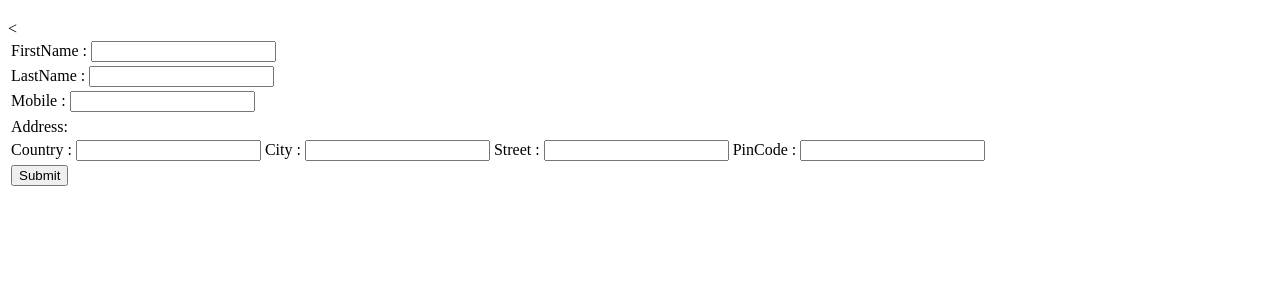
Repository: akashbadave7/SpringMVC
Page: http://localhost/SpringDemo/WEB-INF/jsp/form.jsp
The author's editor kept a copy of each file at every save. The page is drawn from the files as they stood at one save, then again after the next save.
The browser window is 1280 px wide. The pictures show the whole page.
The page is served by Tomcat 9. Nobody is signed in. Other server files are loaded and not shown. The template is opened directly, without the code that normally fills it, so the values that code supplies are empty.

Above is the page before, as saved 2017-11-04 09:31:05.

### SpringDemo/src/main/webapp/WEB-INF/jsp/form.jsp
<%@ page language="java" contentType="text/html; charset=UTF-8"
    pageEncoding="UTF-8"%>
<!DOCTYPE html PUBLIC "-//W3C//DTD HTML 4.01 Transitional//EN" "http://www.w3.org/TR/html4/loose.dtd">
<html>
<head>
<meta http-equiv="Content-Type" content="text/html; charset=UTF-8">
<title>Insert title here</title>
</head>
<body>
	<h2>${headerMessage}</h2>
	<form action="addDetails" method="POST">
	<table>
	<tr>
		<td>FirstName	: <input type="text" name="fname"><br></td>
	</tr>
	<tr>
		<td>LastName 	: <input type="text" name="lname"><br></td>
	</tr>
	<tr>
		<td>Mobile		: <input type="text" name="mobile"><br></td>
	</tr>

	<<!-- tr>
		<td>DOB			: <input type="text" name="dob"><br></td>
	</tr>
	<tr>
		<td>Skill Set: <select name="skill" multiple>
					<option value="Java Core">Java Core</option>
					<option value="Spring Core">Spring Core</option>
					<option value="Spring MVC">Spring MVC</option>
					</select></td>
	</tr>	 -->
	</table>
	<table>
		<tr><td>Address: </td></tr>
		<tr>
			<td>Country : <input type="text" name="address.country"></td>
			<td>City : <input type="text" name="address.city"></td>
			<td>Street : <input type="text" name="address.street"></td>
			<td>PinCode : <input type="text" name="address.pincode"></td>
	</tr>

		<tr><td><input type="submit" value="Submit"/></td></tr>
	</table>
	</form>
</body>
</html>

After the next save:
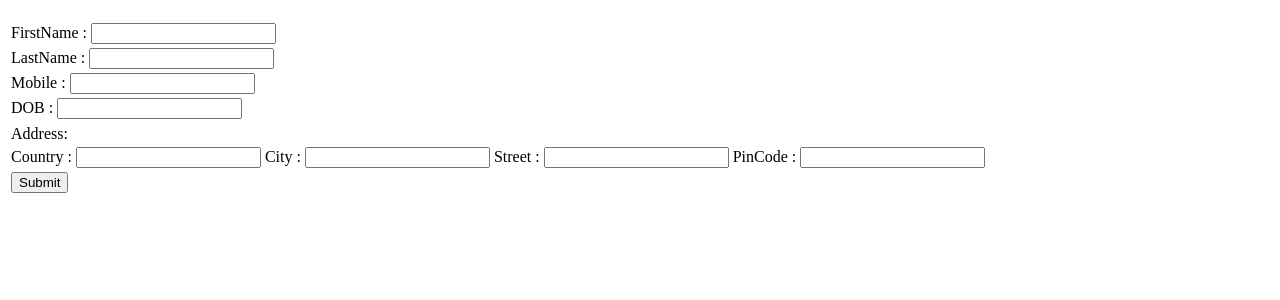
Saved 19 s later.
--- a/SpringDemo/src/main/webapp/WEB-INF/jsp/form.jsp
+++ b/SpringDemo/src/main/webapp/WEB-INF/jsp/form.jsp
@@ -20,10 +20,10 @@
 		<td>Mobile		: <input type="text" name="mobile"><br></td>
 	</tr>
 
-	<<!-- tr>
+	<tr>
 		<td>DOB			: <input type="text" name="dob"><br></td>
 	</tr>
-	<tr>
+<!-- 	<tr>
 		<td>Skill Set: <select name="skill" multiple>
 					<option value="Java Core">Java Core</option>
 					<option value="Spring Core">Spring Core</option>
